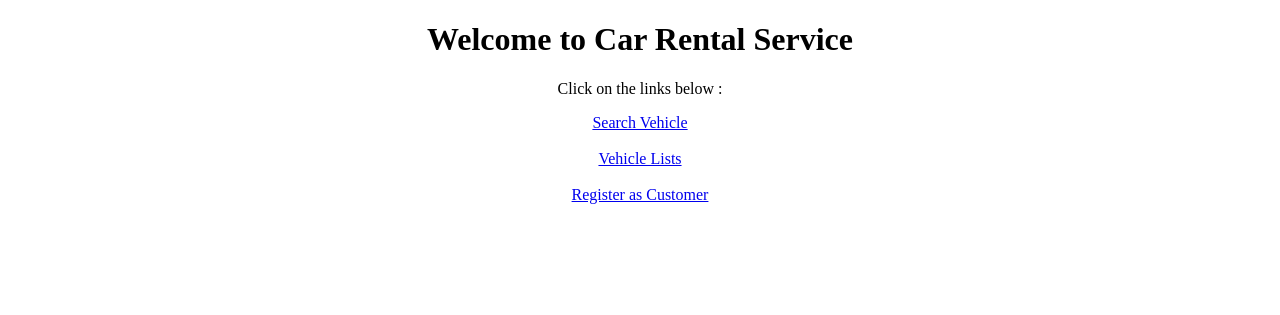
Repository: harsh23012/InfiniteProjects
Page: CarRent/carrent/src/main/webapp/UserPage.html
The author's editor kept a copy of each file at every save. The page is drawn from the files as they stood at one save, then again after the next save.
The browser window is 1280 px wide. The pictures show the whole page.

Above is the page before, as saved 2025-05-04 19:36:07.

After the next save:
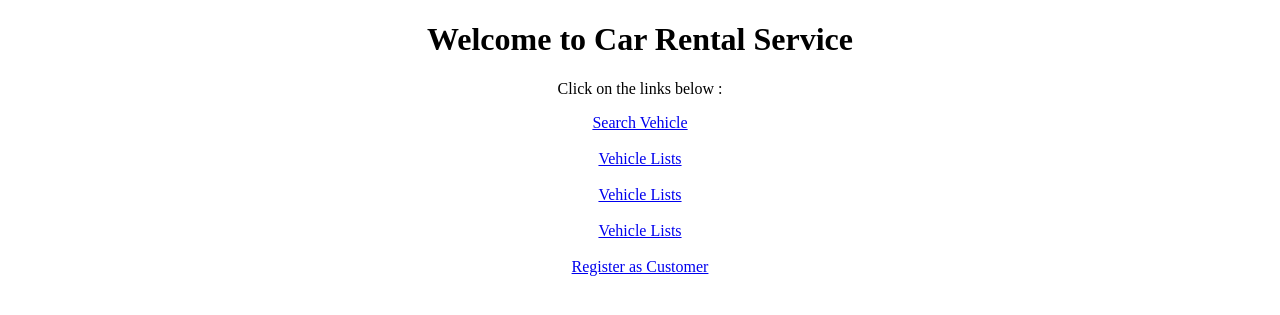
Saved 4 s later.
--- a/CarRent/carrent/src/main/webapp/UserPage.html
+++ b/CarRent/carrent/src/main/webapp/UserPage.html
@@ -18,6 +18,12 @@
         <!-- Link to list of available vehicle page -->
         <a href="AvailVehicle.html">Vehicle Lists</a><br><br>
 
+        <!-- Link to list of available vehicle page -->
+        <a href="AvailVehicle.html">Vehicle Lists</a><br><br>
+
+        <!-- Link to list of available vehicle page -->
+        <a href="AvailVehicle.html">Vehicle Lists</a><br><br>
+
         <!-- Link to add Customer -->
         <a href="AddCustomer.html">Register as Customer</a>
 	</center>
